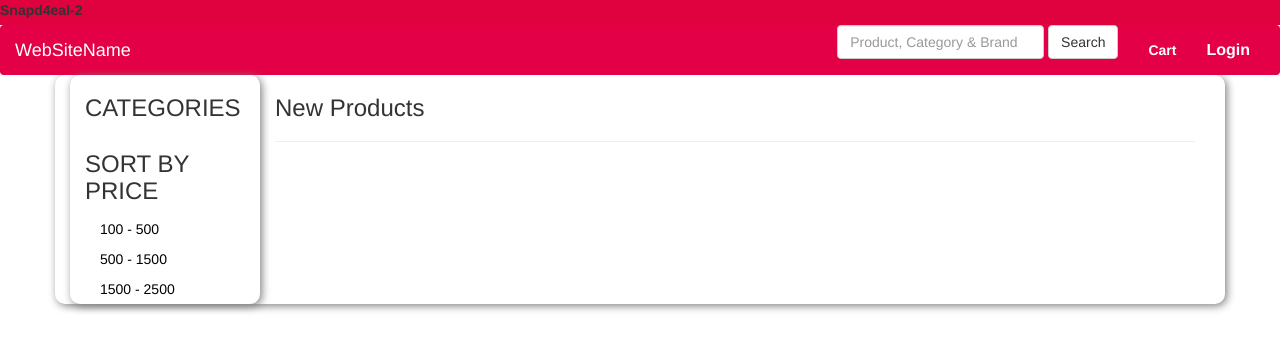
Repository: Aryans26/project
Page: http://localhost/frontend/WEB-INF/views/index.jsp
The author's editor kept a copy of each file at every save. The page is drawn from the files as they stood at one save, then again after the next save.
The browser window is 1280 px wide. The pictures show the whole page.
Some web libraries are served in a nearby version. The page is served by Tomcat 9. Nobody is signed in. Other server files are loaded and not shown. The template is opened directly, without the code that normally fills it, so the values that code supplies are empty.

Above is the page before, as saved 2017-06-20 11:01:45.

### frontend/src/main/webapp/WEB-INF/views/index.jsp
<%@ taglib prefix="c" uri="http://www.springframework.org/tags"%>
<%@ taglib prefix="form" uri="http://www.springframework.org/tags/form"%>
<!doctype html>
<html>
<head>
<c:url value="/resource" var="res" />

<!-- <link rel="stylesheet" ref="https://maxcdn.bootstrapcdn.com/bootstrap/3.3.7/css/bootstrap.min.css"> -->
<script
	src="https://ajax.googleapis.com/ajax/libs/jquery/3.2.1/jquery.min.js"></script>
<script
	src="https://maxcdn.bootstrapcdn.com/bootstrap/3.3.7/js/bootstrap.min.js"></script>
<link rel="stylesheet" href="${res}/css/bootstrap.min.css" />
<link rel="stylesheet" href="${res}/css/style.css" />

</head>
<body>

	<%@include file="navbar.jsp"%>
	<%@include file="allproducts.jsp"%>
</body>
</html>

### frontend/src/main/webapp/WEB-INF/views/navbar.jsp
<%@ taglib prefix="c" uri="http://www.springframework.org/tags"%>
<%@ taglib prefix="form" uri="http://www.springframework.org/tags/form"%>
<%@ taglib prefix="security" uri="http://www.springframework.org/security/tags" %>
<%@ taglib prefix="c1" uri="http://java.sun.com/jsp/jstl/core"%>
<!DOCTYPE html >
<html>
<head>
<meta http-equiv="Content-Type" content="text/html; charset=ISO-8859-1">
<title>Insert title here</title>
</head>
<body>
	<div class="headder">
		<b>Snapd4eal-2</b>
	</div>

	<nav class="navbar navbar-default" style="color: white;">
		<div class="container-fluid">
			<div class="navbar-header">
				<button type="button" class="navbar-toggle" data-toggle="collapse" data-target="#myNavbar">
					<span class="icon-bar"></span> <span class="icon-bar"></span>
					<span class="icon-bar"></span>
				</button>
				<a class="navbar-brand" href="<c:url value="/"/>"
					style="color: white;">WebSiteName</a>
				<form class="navbar-form navbar-right visible-sm visible-xs">
					<div class="form-group">
						<input type="text" class="form-control"
							placeholder="Product, Category & Brand">
					</div>
					<button type="submit" class="btn btn-default">
						<i class="fa fa-search"></i>Search
					</button>

				</form>
			</div>
			<div class="collapse navbar-collapse" id="myNavbar">
			<c1:if test="${pageContext.request.userPrincipal.name!=null}">
			<security:authorize access="hasRole('ROLE_ADMIN')">
				<ul class="nav navbar-nav">
					<li style="color: white;"><a
						href="<c:url value="/category"/>">Add Category</a></li>
					<li style="color: white;"><a
						href="<c:url value="/addproduct"/>">Add Product</a></li>
					<li style="color: white;"><a
						href="<c:url value="/supplier"/>">Add Supplier</a></li>
<!-- 					<li style="color: white;"><a -->
<%-- 						href="<c:url value="/addcard"/>">Add Card</a></li> --%>

				</ul>
				</security:authorize>
				</c1:if>
				<ul class="nav navbar-nav navbar-right">
					<li><a href="<c:url value="/viewcart"/>"><i class="fa fa-shopping-cart"></i>
							Cart</a></li>

					<li class="dropdown"><a href="#" class="dropbtn"><span
							class="fa fa-sign-in"></span>
							<c1:if test="${pageContext.request.userPrincipal.name==null}"> Login </c1:if>
							 <c1:if test="${pageContext.request.userPrincipal.name!=null}">  Logout</c1:if></a>

						<div class="dropdown-content">
							<a href="#">your account</a>
							<a href="#">your orders</a>
							<c1:if test="${pageContext.request.userPrincipal.name==null}">

							<a href="<c:url value="/users"/>" class="hvr-reg-bordertop" > new user ?<br>
							<b>register</b></a>
<%-- <a href="<c:url value="/login"/>"><button type="button" class="btn btn-danger" style="width: 90%; margin: 10px;">Login</button></a> --%>
							<button type="button" class="btn btn-danger" data-toggle="modal"
								data-target="#myModal" style="width: 90%; margin: 10px;">Login</button>
								</c1:if>

								<c1:if test="${pageContext.request.userPrincipal.name!=null}">
					<a href="<c:url value="/j_spring_security_logout"/>"><button type="button" class="btn btn-danger" >Logout</button></a>
								</c1:if>
						</div></li>

				</ul>
				<form class="navbar-form navbar-right hidden-sm hidden-xs">
					<div class="form-group">
						<input type="text" class="form-control"
							placeholder="Product, Category & Brand">
					</div>
					<button type="submit" class="btn btn-default">
						<i class="fa fa-search"></i>Search
					</button>

				</form>

			</div>
		</div>
	</nav>


	<!-- Modal -->
	<div class="modal fade" id="myModal" role="dialog">
		<div class="modal-dialog modal-lg">
			<div class="modal-content">
				<div class="modal-header">
					<button type="button" class="close" data-dismiss="modal">&times;</button>
					<h4 class="modal-title">Login</h4>
				</div>
				<div class="modal-body">
				<c1:url value="/j_spring_security_check" var="a"/>
					<form role="form" method="post" action="${a} ">
						<div class="form-group">
				<label for="email">Email address:</label>
				<input type="email" class="form-control" id="email" name="j_username" placeholder="Email Id">
						</div>
						<div class="form-group">
				<label for="pwd">Password:</label>
				 <input type="password" class="form-control" id="pwd" name="j_password" placeholder="Password">
						</div>
						<div class="checkbox">
							<label><input type="checkbox"> Remember me</label>
						</div>
						<a class="cursor" data-dismiss="modal" data-toggle="modal"
							data-target="#myModal1">new User ? <b>register</b></a>
						<button type="submit" class="btn btn-success">Submit</button>
					</form>
				</div>
				<div class="modal-footer">
					<button type="button" class="btn btn-default" data-dismiss="modal">Close</button>
				</div>
			</div>
		</div>
	</div>

</body>
</html>

### frontend/src/main/webapp/WEB-INF/views/allproducts.jsp
<%@ taglib prefix="c" uri="http://www.springframework.org/tags"%>
<%@ taglib prefix="form" uri="http://www.springframework.org/tags/form"%>
<%@ taglib prefix="c1" uri="http://java.sun.com/jsp/jstl/core"%>
<%@ taglib prefix="security" uri="http://www.springframework.org/security/tags"%>
<!doctype html>
<head>
<c:url value="/resource" var="res" />

<!-- <link rel="stylesheet" ref="https://maxcdn.bootstrapcdn.com/bootstrap/3.3.7/css/bootstrap.min.css"> -->
<script
	src="https://ajax.googleapis.com/ajax/libs/jquery/3.2.1/jquery.min.js"></script>
<script
	src="https://maxcdn.bootstrapcdn.com/bootstrap/3.3.7/js/bootstrap.min.js"></script>
<link rel="stylesheet" href="${res}/css/bootstrap.min.css" />
<link rel="stylesheet" href="${res}/css/style.css" />

</head>
<body>


<div class="container box-shadow">
<div id="" class="col-md-2 box-shadow">

<h3>CATEGORIES</h3>
	<ul class="nav nav-list nav-left">
		<c1:forEach items="${categories}" var="cat">

      <li><a href="<c1:url value="/dispcategory/${cat.getC_id()}"/>"><span class="icon-chevron-right"></span> ${cat.getC_name()}</a></li>


         </c1:forEach>

<!-- 		<li style="border:0"> &nbsp;</li> -->
<!-- 		<li> <a class="totalInCart" href="cart.html"><strong>Total Amount  <span class="badge badge-warning pull-right" style="line-height:18px;">$448.42</span></strong></a></li> -->
	</ul>


<h3>SORT BY PRICE</h3>
	<ul class="nav nav-list nav-left">


      <li><a href="<c1:url value="/disrate/"/>"><span class="icon-chevron-right"></span>100 - 500 </a></li>
		<li><a href="<c1:url value="/disrate1/"/>"><span class="icon-chevron-right"></span>500 - 1500 </a></li>
		<li><a href="<c1:url value="/disrate2/"/>"><span class="icon-chevron-right"></span>1500 - 2500 </a></li>



<!-- 		<li style="border:0"> &nbsp;</li> -->
<!-- 		<li> <a class="totalInCart" href="cart.html"><strong>Total Amount  <span class="badge badge-warning pull-right" style="line-height:18px;">$448.42</span></strong></a></li> -->
	</ul>

</div>


	<div class="col-md-10">

<!--
New Products
-->

	<h3>New Products </h3>
	<hr class="soften"/>
		<div class="row">
			  <ul class="thumbnails">
			  <c1:forEach var="pro" items="${products}">
				<div class="col-md-3 col-sm-4">
				<div class="thumbnail">

					<a class="zoomTool" href="<c1:url value="/addtocart/${pro.getP_id()}"/>" title="add to cart"><i class="fa fa-shopping-cart"></i> Add to cart</a>
					<a href="#" class="tag"></a>
					<a href="<c1:url value="/viewpro/${pro.getP_id()}"/>" title="quick view">
					<img src="<c1:url value='/resource/images/${pro.getP_id()}.jpg'/>" alt="bootstrap-ring"></a>
					<h3>${pro.getP_name()}            &nbsp;  &nbsp;  &nbsp; ${pro.getP_c()}</h3>

				</div>
				</div>
				</c1:forEach>

			  </ul>


<!-- 		  <a class="left carousel-control" href="#newProductCar" data-slide="prev">&lsaquo;</a>Cycling of images -->
<!--             <a class="right carousel-control" href="#newProductCar" data-slide="next">&rsaquo;</a> -->
		  </div>

				</div>

</div><!-- container end -->



</body>
</html>

### frontend/src/main/webapp/resource/css/style.css
@charset "utf-8";
/* CSS Document */
.headder {
	min-height: 25px;
	background-color: #E0013F;
}

.navbar-default, .navbar-default li {
	background-color: #e40046;
	color: white;
}

.navbar-default li a {
	color: #FFF;
	font-weight: bold;
}

.navbar-nav li:hover, .navbar-nav li:focus, .navbar-nav li:active {
	background-color: #333;
}

.navbar-nav dropdown:hover {
	background-color: #333;
}

.dropbtn {
	color: white;
	padding: 16px;
	font-size: 16px;
	border: none;
	cursor: pointer;
}

.
.dropdown:hover {
	background-color: #333;
	color: white;
	padding: 16px;
	font-size: 16px;
	border: none;
	cursor: pointer;
}

.dropdown {
	position: relative;
	display: inline-block;
}

.dropdown-content {
	display: none;
	position: absolute;
	background-color: #333;
	min-width: 160px;
	right: 5px;
	box-shadow: 0px 8px 16px 0px rgba(0, 0, 0, 0.2);
	z-index: 1;
}

.dropdown-content a {
	color: black;
	font-size: 14px !important;
	font-weight: normal !important;
	text-align: center;
	padding: 12px 16px;
	text-decoration: none;
	display: block;
}

.dropdown-content a:hover {
	background-color: #000;
}

.dropdown:hover .dropdown-content {
	display: block;
}

.dropdown:hover .dropbtn {
	background-color: #333;
}

.dropdown-content .hvr-reg-bordertop {
	border-top: 1px solid #999;
	padding-top: 20px;
	margin-bottom: 0;
	padding-bottom: 0;
}

.cursor {
	cursor: pointer;
}

.form-fill{
	max-width:500px;
	box-shadow:2px 2px 8px  grey;
	padding:30px 20px;
	margin:10px auto;
	border-radius:10px;
}

.form-list-table{
	border:2px solid grey;
	box-shadow:4px 4px 8px grey;
	border-radius:10px;
}
.head3{
	color:#e40046;
	font-weight:bold;
	text-align:center;
	text-shadow:2px 2px 4px grey;
}

.items-list-head > div{
	Color:red;
	text-align:center;
	font-weight:bolder;
	font-size:20px;
}
.items-list > div{
	border-top:1px solid grey;
	line-height:40px;
	text-align:center;
	font-weight:bold;
}

.box-shadow{
	border-radius:10px;
	box-shadow:2px 2px 8px grey;
}

Loaded but not shown: frontend/src/main/webapp/resource/css/bootstrap.min.css (library)

After the next save:
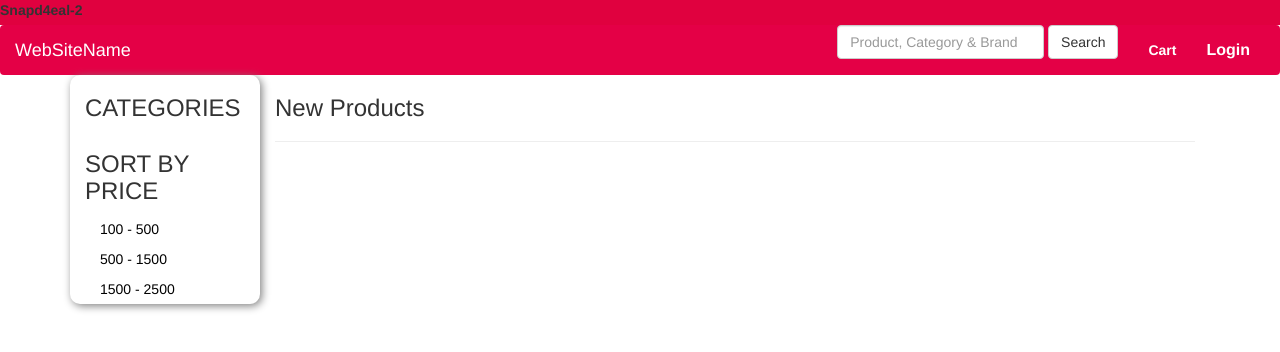
Saved 34 s later.
--- a/frontend/src/main/webapp/WEB-INF/views/allproducts.jsp
+++ b/frontend/src/main/webapp/WEB-INF/views/allproducts.jsp
@@ -18,7 +18,7 @@
 <body>
 
 
-<div class="container box-shadow">
+<div class="container ">
 <div id="" class="col-md-2 box-shadow">
 
 <h3>CATEGORIES</h3>
